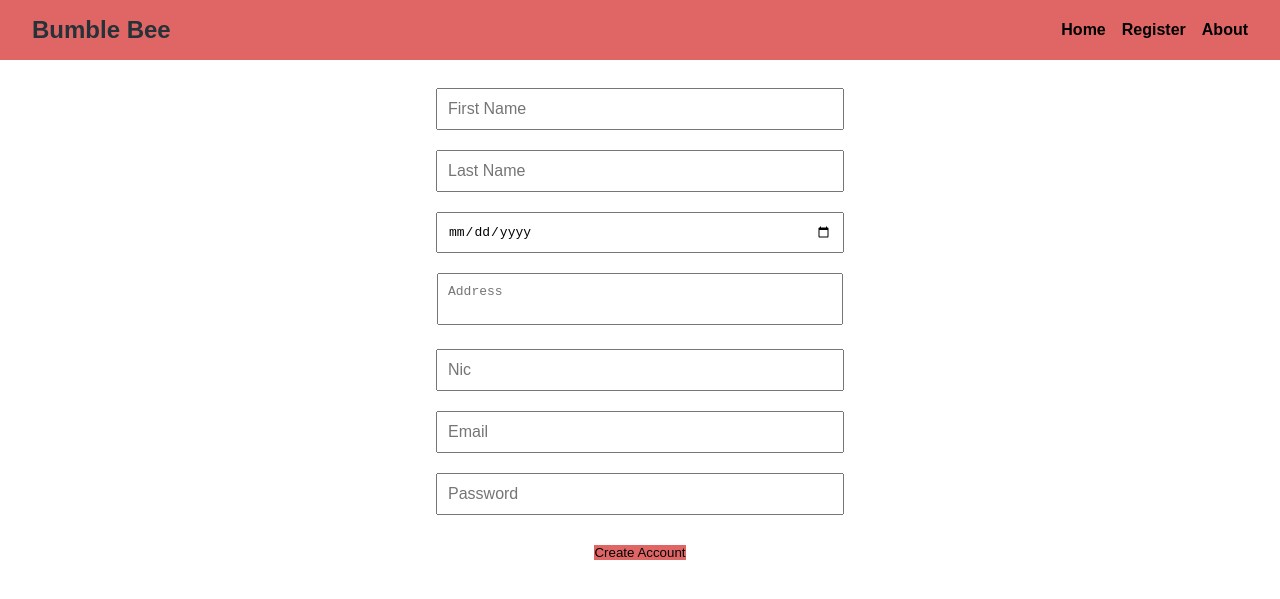
Repository: developerks611/Bumble-bee
Page: http://localhost/Bumble/add-customer.jsp
An editor plug-in stored every save of this project. The page is shown before and after the next save, followed by the edit.
The browser window is 1280 px wide. The pictures show the whole page.
The page is served by Tomcat 9. Other server files are loaded and not shown.

Above is the page before, as saved 2023-02-28 03:52:26.

### Bumble/src/main/webapp/add-customer.jsp
<%@ page language="java" contentType="text/html; charset=ISO-8859-1"
    pageEncoding="ISO-8859-1" isELIgnored="false"%>
 <%@ taglib prefix = "tag" uri = "http://java.sun.com/jsp/jstl/core" %>
<!DOCTYPE html>
<html>
<head>

<style>
textarea{
	resize:none;
	font-size:100%;
}

* {
  padding: 0;
  margin: 0;
}

body {
  font-family: Arial, Tahoma, Serif;
  color: #263238;
}

nav {
  display: flex;
  justify-content:space-between;
  align-items: center;
  padding: 1rem 2rem;
  background: #e06666;
}

nav ul {
  display: flex;
  list-style: none;
}

nav li {
  padding-left: 1rem;
}

nav a {
  text-decoration: none;
  color: black;
  font-weight:bold;
}

.container {
 text-align:center;
}

.txt_input{

	width:30%;
	height:auto;
	margin:10px;
	padding:10px;
	font-size:100%;

}

.createAccount{

	background-color:#e06666;
	outline: none;
    border: none;
}


 /*
  Extra small devices (phones, 600px and down)
*/
@media only screen and (max-width: 600px) {
  nav {
    flex-direction: column;
  }
  nav ul {
    flex-direction: column;
    padding-top: 0.5rem;
  }
  nav li {
    padding: 0.5rem 0;
  }
}
</style>
<meta charset="ISO-8859-1">
<title>Customer Registration</title>
</head>
<body>


<nav>
  <h2>Bumble Bee</h2>
  <ul>
    <li><a href="#">Home</a></li>
    <li><a href="#">Register</a></li>
    <li><a href="#">About</a></li>
  </ul>
</nav><br>

<div  class="container">
<p>${message }<p>
<form action="addData" method="post">
<input type="text" name="fname" placeholder="First Name" required class="txt_input"><br>
<input type="text" name="lname" placeholder="Last Name" required class="txt_input"><br>
<input type="date" name="dob" required class="txt_input"><br>
<textarea placeholder="Address" required name="adress" required class="txt_input"></textarea ><br>
<input type="text" name="nic" placeholder="Nic" required class="txt_input"><br>
<input type="email" name="email" placeholder="Email" required class="txt_input"><br>
<input type="password" name="password" placeholder="Password" required class="txt_input"><br><br>
<input type="hidden" name="action" value="addClient">
<button type="submit" class="btn btn-success createAccount">Create Account</button>

</form>
</div>
</body>
</html>

After the next save:
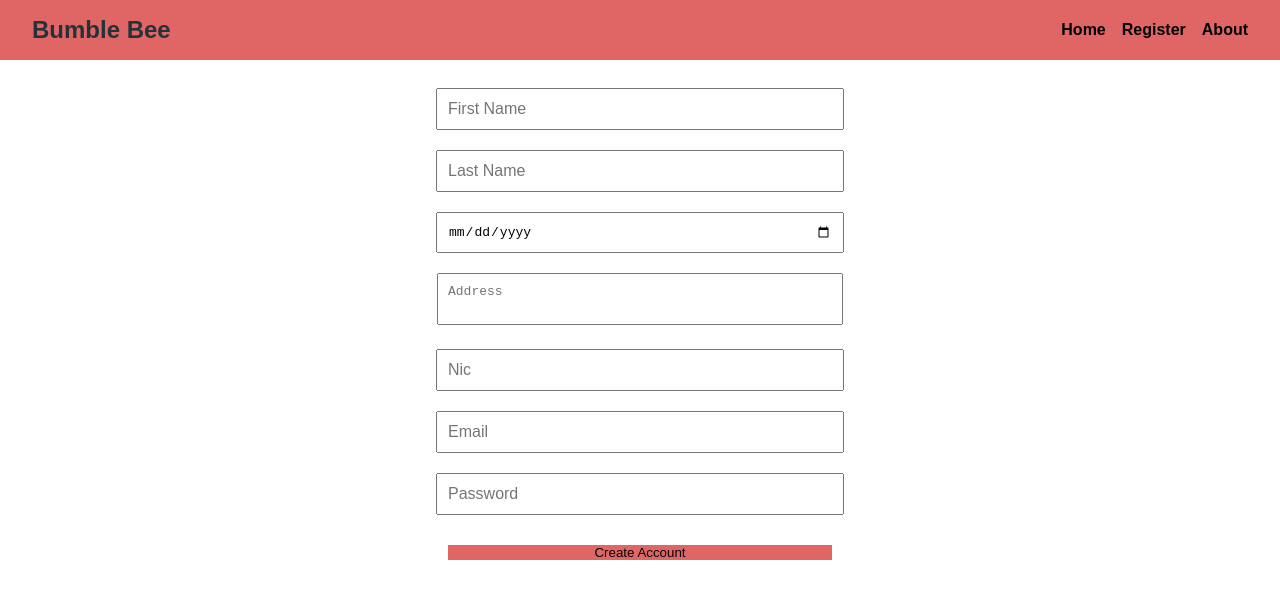
Saved 11 s later.
--- a/Bumble/src/main/webapp/add-customer.jsp
+++ b/Bumble/src/main/webapp/add-customer.jsp
@@ -63,6 +63,7 @@ nav a {
 	background-color:#e06666;
 	outline: none;
     border: none;
+    width:30%;
 }
 
 
